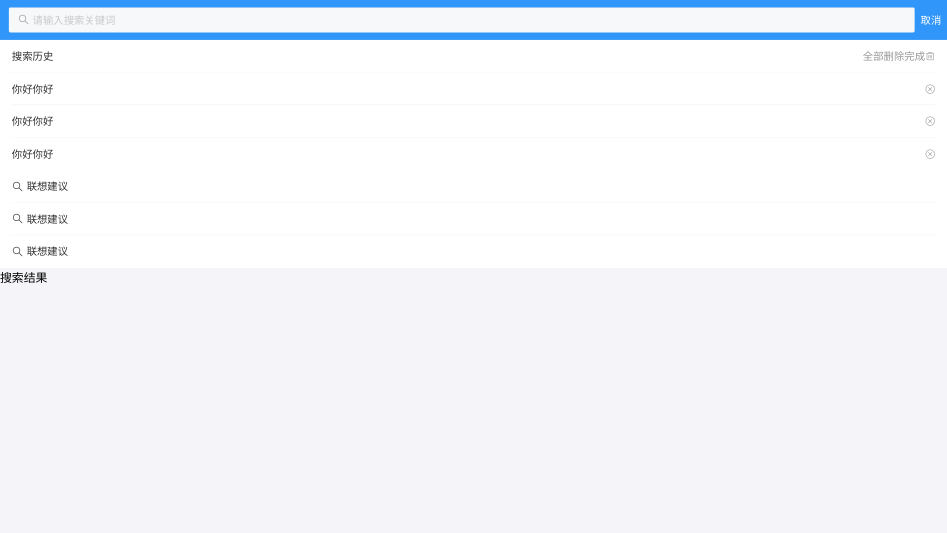
Repository: xn-lb/toutiao-mb
Page: /#/search
The author's editor kept a copy of each file at every save. The page is drawn from the files as they stood at one save, then again after the next save.
The browser window is 1280 px wide. The pictures show the whole page, at 74% of full size.
The project was rebuilt for these pictures with package versions that can differ from the ones it lists, and the page was loaded fresh each time. Also part of the build but not shown: vue.config.js.

Above is the page before, as saved 2023-04-17 22:33:45.

### src/main.js
import Vue from 'vue'
import App from './App.vue'
import router from './router'
import store from './store'
// 加载全局样式
import './styles/index.less'
import Vant from 'vant' //加载Vant 组件库

import 'amfe-flexible' //加载动态设置  rem 基准值

Vue.use(Vant); //注册使用组件库

import './utils/dayjs' //加载时间格式化组件

import 'vant/lib/index.css' //加载全局样式

Vue.config.productionTip = false

new Vue({
    router,
    store,
    render: h => h(App)
}).$mount('#app')

### src/App.vue
<template>
  <div id="app">
  <!-- 路由的出口 -->
    <router-view></router-view>



  </div>
</template>
<script>
export default {
  name: 'APP'
}
</script>
<style lang="less">

</style>

### src/router/index.js
import Vue from 'vue'
import VueRouter from 'vue-router'


Vue.use(VueRouter)

// 路由表
const routes = [{
        path: '/login',
        name: 'LoginIndex',
        component: () =>
            import ('@/views/login')
    },
    {
        path: '/',
        component: () =>
            import ('@/views/layout/'),
        children: [{
                path: '/qa',
                name: 'qa',
                component: () =>
                    import ('@/views/qa/')
            },
            {
                path: '/video',
                name: 'video',
                component: () =>
                    import ('@/views/video/')
            },
            {
                path: '/my',
                name: 'my',
                component: () =>
                    import ('@/views/my/')
            },
            {
                path: '', //默认子路由  只能有一个
                name: 'home',
                component: () =>
                    import ('@/views/home/')
            }
        ]
    },
    {
        path: '/search',
        name: 'SearchIndex',
        component: () =>
            import ('@/views/search')
    },


]

const router = new VueRouter({
    routes
})

export default router

### src/store/index.js
import { getItem, setItem } from '@/utils/strorage'
import Vue from 'vue'
import Vuex from 'vuex'

Vue.use(Vuex)

const USER_KEY = 'toutiao-user'
export default new Vuex.Store({
    // namespaced: true, //关闭命名空间
    state: {
        user: getItem(USER_KEY) //使用封装模块的方式

        //使用原型模式  =>  user: JSON.parse(window.localStorage.getItem('user')) // 存储当前登录用户的登录状态（token 等数据）
    },
    getters: {},
    mutations: {
        setUser(state, data) {
            state.user = data
                // 为了防止页面刷新数据丢失，我们还需要把数据放到本地存储中，这里仅仅是为了持久化数据

            setItem(USER_KEY, state.user) //使用封装模块的方式
                //使用原型模式  =>  window.localStorage.setItem('user', JSON.stringify(state.user))
        }
    },
    actions: {},
    modules: {}
})

### src/styles/index.less
// 全局样式文件
// 加载图标样式
@import "./icon.less";

body{
    background-color: #f5f5f9;
}
.app-nav-bar{
    background-color: #3296fa !important;
    .van-nav-bar__title{
        color: #fff;
    }
    .van-icon{
        color:#fff !important;
    }
}

### src/utils/dayjs.js
// 初始化dayjs相关配置
import Vue from 'vue'
import dayjs from 'dayjs'
import 'dayjs/locale/zh-cn' //加载中文语言包
import relativeTime from 'dayjs/plugin/relativeTime'

// 配置使用相对时间
dayjs.extend(relativeTime)

// 配置中文语言包
dayjs.locale('zh-cn') // 全局使用


// 把处理相对时间的代码包装成全局过滤器
// 然后就可以在任何组件的模板中使用了
// 所谓的过滤器其实就是一个可以在模板中调用的函数而已
Vue.filter('relativeTime', value => {
    return dayjs(value).from(dayjs())
})

### src/views/search/index.vue
<template>
  <div class="search-container">
    <!-- 顶部搜索栏 -->
    <form action="/">
    <van-search
        v-model="searchText"
        show-action
        placeholder="请输入搜索关键词"
        background="#3196fa"
        @search="onSearch"
        @cancel="onCancel"
    />
    </form>
    <!-- 顶部搜索栏 -->

    <!-- 搜索历史记录 -->
        <searchHistory>

        </searchHistory>
    <!-- 搜索历史记录 -->

    <!-- 联想建议 -->
    <searchSuggestion>

    </searchSuggestion>
    <!-- 联想建议 -->

    <!-- 历史记录 -->
    <searchResult>

    </searchResult>
    <!-- 历史记录 -->
  </div>
</template>

<script>
import searchHistory from './components/search-history.vue';
import searchResult from './components/search-result.vue';
import searchSuggestion from './components/search-suggestion.vue';
export default {
    name:'SearchIndex',
    components:{
        searchHistory,
        searchResult,
        searchSuggestion
    },
    data(){
        return{
            searchText: '',
        }
    },
    methods:{
        onSearch(val) {
           console.log(val);
        },
        onCancel() {
            console.log('取消');
            this.$router.back()
        },
    }
}
</script>

<style lang="less" scoped>
    .van-search__action{
        color: #fff;
    }
</style>

### src/utils/strorage.js
// 本地存储封装模块

// 获取
export const getItem = (name) => {
    const data = window.localStorage.getItem(name)
    try {
        // 尝试把data转为JavaScript对象
        return JSON.parse(data)
    } catch (err) {
        // data不是JSON格式字符串，直接原样返回
        return data
    }
}

// 存储
export const setItem = (name, value) => {
    // 如果value 是对象，就把value 转为JSON格式字符串再储存
    if (typeof value === 'object') {
        value = JSON.stringify(value)
    }
    window.localStorage.setItem(name, value)
}



// 删除
export const removeItem = (name) => {
    window.localStorage.removeItem(name)
}

### src/styles/icon.less
@font-face {
    font-family: "toutiao"; /* Project id 3968849 */
    src: url('//at.alicdn.com/t/c/font_3968849_y288fdc89co.eot?t=1679462277967'); /* IE9 */
    src: url('//at.alicdn.com/t/c/font_3968849_y288fdc89co.eot?t=1679462277967#iefix') format('embedded-opentype'), /* IE6-IE8 */
         url('//at.alicdn.com/t/c/font_3968849_y288fdc89co.woff2?t=1679462277967') format('woff2'),
         url('//at.alicdn.com/t/c/font_3968849_y288fdc89co.woff?t=1679462277967') format('woff'),
         url('//at.alicdn.com/t/c/font_3968849_y288fdc89co.ttf?t=1679462277967') format('truetype'),
         url('//at.alicdn.com/t/c/font_3968849_y288fdc89co.svg?t=1679462277967#toutiao') format('svg');
  }

  .toutiao {
    font-family: "toutiao" !important;
    font-size: 16px;
    font-style: normal;
    -webkit-font-smoothing: antialiased;
    -moz-osx-font-smoothing: grayscale;
  }

  .toutiao-guanbi:before {
    content: "\e601";
  }

  .toutiao-gengduo:before {
    content: "\e602";
  }

  .toutiao-pinglun:before {
    content: "\e603";
  }

  .toutiao-shanchu:before {
    content: "\e604";
  }

  .toutiao-dianzan:before {
    content: "\e605";
  }

  .toutiao-lishi:before {
    content: "\e606";
  }

  .toutiao-shipin:before {
    content: "\e607";
  }

  .toutiao-shoucang:before {
    content: "\e608";
  }

  .toutiao-yanzhengma:before {
    content: "\e609";
  }

  .toutiao-wenda:before {
    content: "\e60a";
  }

  .toutiao-fenxiang:before {
    content: "\e60b";
  }

  .toutiao-youjiantou:before {
    content: "\e60c";
  }

  .toutiao-wuwangluo:before {
    content: "\e60d";
  }

  .toutiao-shouji:before {
    content: "\e60e";
  }

  .toutiao-zuojiantou:before {
    content: "\e60f";
  }

  .toutiao-shouye:before {
    content: "\e610";
  }

  .toutiao-wode:before {
    content: "\e611";
  }

  .toutiao-sousuo:before {
    content: "\e612";
  }

  .toutiao-zuopin:before {
    content: "\e613";
  }

  .toutiao-yuedu:before {
    content: "\e614";
  }

### src/views/search/components/search-history.vue
<template>
  <div class="search-history">
    <van-cell title="搜索历史">
      <span>全部删除</span>
      <span>完成</span>
      <van-icon name="delete-o" />
    </van-cell>
    <van-cell title="你好你好">
      <van-icon name="close"></van-icon>
    </van-cell>
    <van-cell title="你好你好">
      <van-icon name="close"></van-icon>
    </van-cell>
    <van-cell title="你好你好">
      <van-icon name="close"></van-icon>
    </van-cell>

  </div>
</template>

<script>
export default {
    name:'searchHistory',
    components:{},
    props:{},
    data(){
        return{

        }
    },

}
</script>

<style lang="less" scoped>

</style>

### src/views/search/components/search-result.vue
<template>
  <div class="search-result">搜索结果</div>
</template>

<script>
export default {
    name:'searchResult',
    components:{},
    props:{},
    data(){
        return{

        }
    },

}
</script>

<style lang="less" scoped>

</style>

### src/views/search/components/search-suggestion.vue
<template>
  <div class="search-suggestion">
    <van-cell title="联想建议" icon="search"></van-cell>
    <van-cell title="联想建议" icon="search"></van-cell>
    <van-cell title="联想建议" icon="search"></van-cell>
  </div>
</template>

<script>
export default {
    name:'searchSuggestion',
    components:{},
    props:{},
    data(){
        return{

        }
    },

}
</script>

<style lang="less" scoped>

</style>

Loaded but not shown: public/index.html (common file)

After the next save:
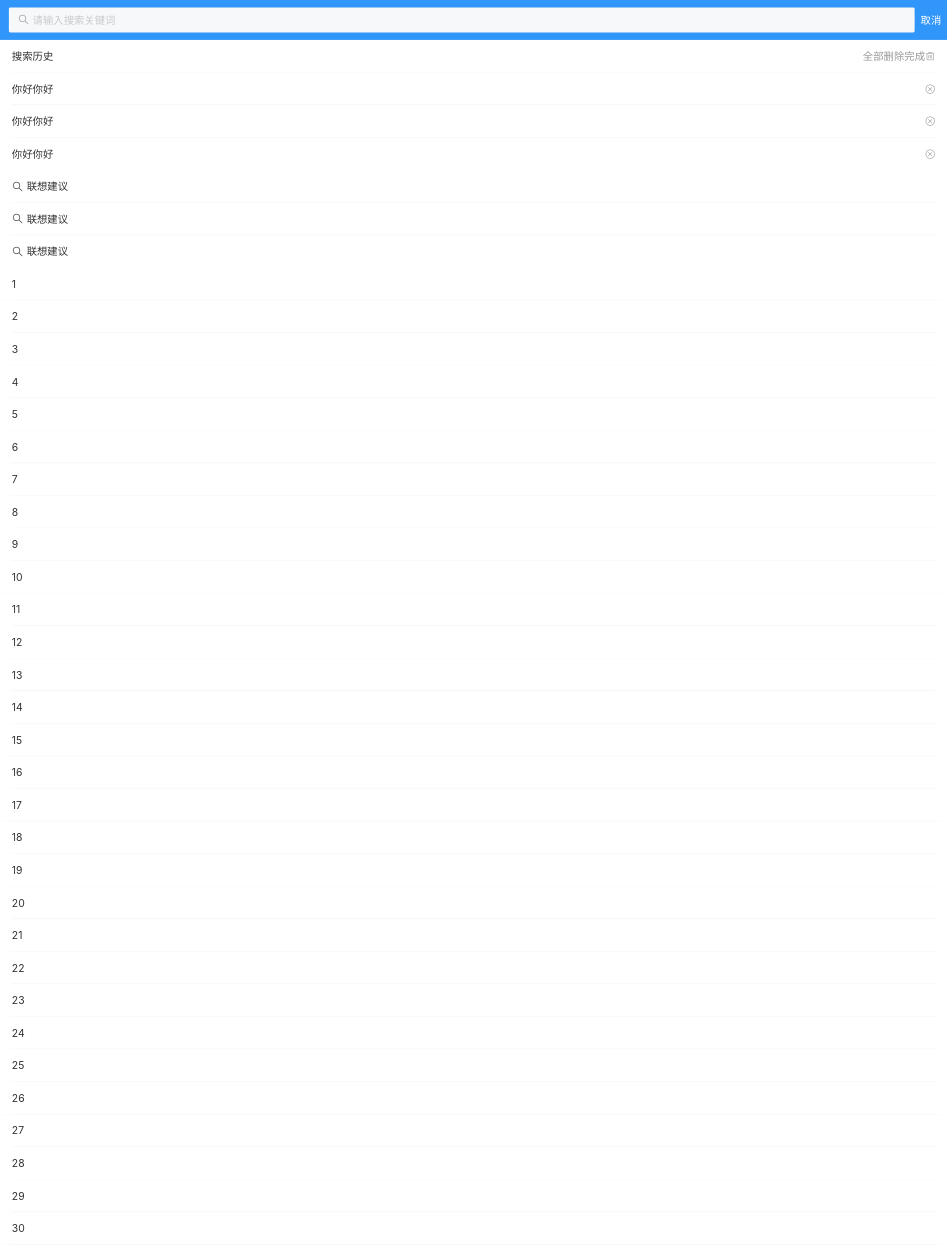
Saved 5 min 15 s later.
--- a/src/views/search/components/search-result.vue
+++ b/src/views/search/components/search-result.vue
@@ -1,5 +1,15 @@
 <template>
-  <div class="search-result">搜索结果</div>
+  <div class="search-result">
+    <van-list
+      v-model="loading"
+      :finished="finished"
+      finished-text="没有更多了"
+      @load="onLoad"
+    >
+      <van-cell v-for="item in list" :key="item" :title="item" />
+    </van-list>
+
+  </div>
 </template>
 
 <script>
@@ -9,9 +19,31 @@ export default {
     props:{},
     data(){
         return{
+          list: [],
+          loading: false,
+          finished: false,
+        };
+    },
+    methods:{
+      onLoad() {
+        // 异步更新数据
+        // setTimeout 仅做示例，真实场景中一般为 ajax 请求
+        setTimeout(() => {
+          for (let i = 0; i < 10; i++) {
+            this.list.push(this.list.length + 1);
+          }
 
-        }
-    },
+          // 加载状态结束
+          this.loading = false;
+
+          // 数据全部加载完成
+          if (this.list.length >= 40) {
+            this.finished = true;
+          }
+        }, 1000);
+      },
+    }
+
 
 }
 </script>
